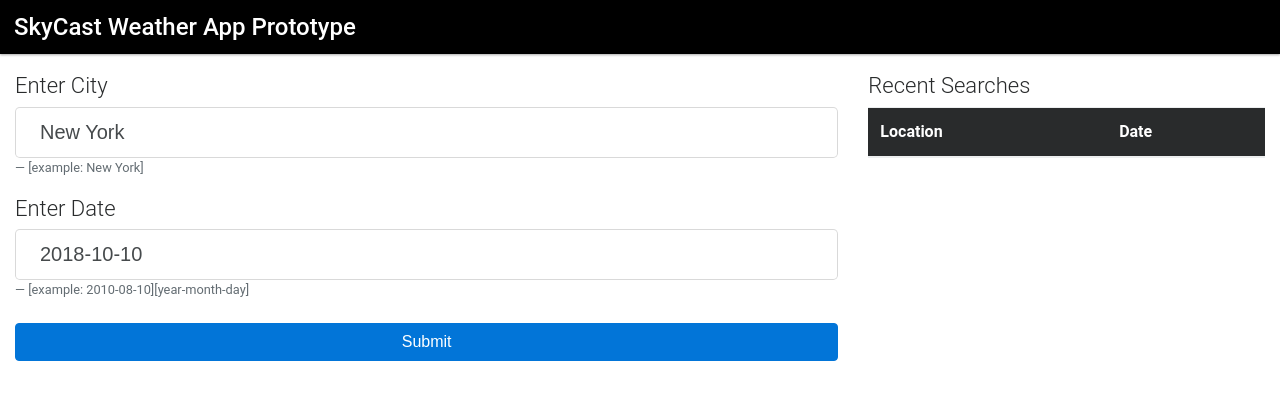
Repository: Oakga/Weather_app
Page: index.html
These files come from the project's save history. The page is drawn as it stood at one moment and after the next save; the edit follows.
The browser window is 1280 px wide. The pictures show the whole page.
Some web libraries are served in a nearby version.

Above is the page before, as saved 2017-09-25 05:41:07.

After the next save:
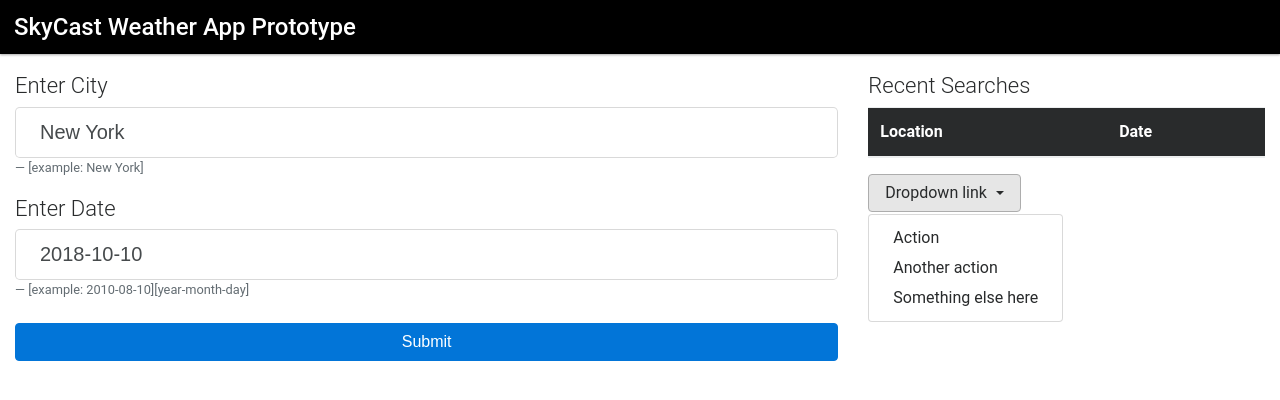
Saved 2 min 30 s later.
--- a/index.html
+++ b/index.html
@@ -39,7 +39,18 @@
                     </thead>
                 </table>
                 <div id="dailyWeather-component"></div>
-                <div id="dropDownMenu-component"></div>
+                <div id="dropDown"></div>
+                <div class="dropdown show">
+                    <a class="btn btn-secondary dropdown-toggle" href="https://example.com" id="dropdownMenuLink" data-toggle="dropdown" aria-haspopup="true" aria-expanded="false">
+                      Dropdown link
+                    </a>
+
+                    <div class="dropdown-menu" aria-labelledby="dropdownMenuLink">
+                      <a class="dropdown-item" href="#">Action</a>
+                      <a class="dropdown-item" href="#">Another action</a>
+                      <a class="dropdown-item" href="#">Something else here</a>
+                    </div>
+                  </div>
                 <canvas id="myChart" width="400" height="400"></canvas>
             </div>
         </div>

After the save that followed:
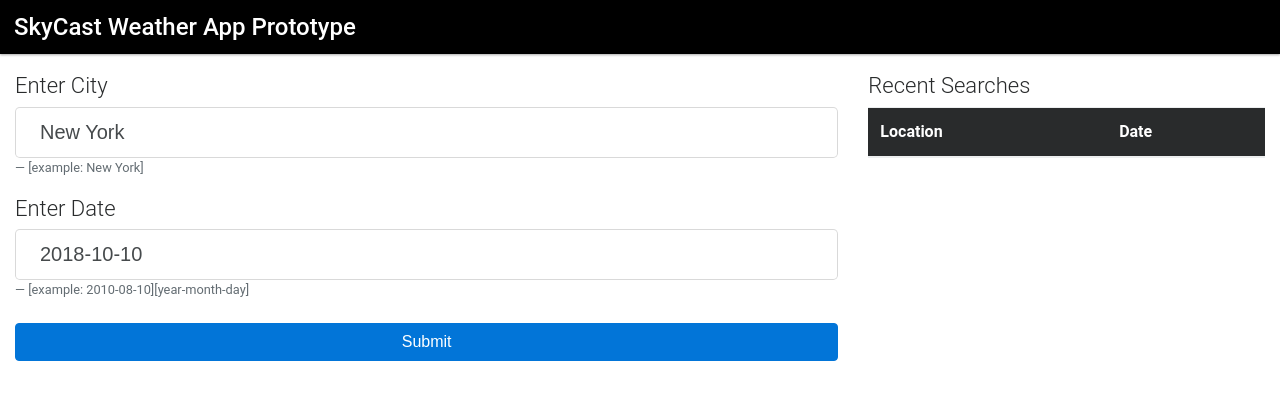
Saved 44 s later.
--- a/index.html
+++ b/index.html
@@ -40,17 +40,7 @@
                 </table>
                 <div id="dailyWeather-component"></div>
                 <div id="dropDown"></div>
-                <div class="dropdown show">
-                    <a class="btn btn-secondary dropdown-toggle" href="https://example.com" id="dropdownMenuLink" data-toggle="dropdown" aria-haspopup="true" aria-expanded="false">
-                      Dropdown link
-                    </a>
 
-                    <div class="dropdown-menu" aria-labelledby="dropdownMenuLink">
-                      <a class="dropdown-item" href="#">Action</a>
-                      <a class="dropdown-item" href="#">Another action</a>
-                      <a class="dropdown-item" href="#">Something else here</a>
-                    </div>
-                  </div>
                 <canvas id="myChart" width="400" height="400"></canvas>
             </div>
         </div>
